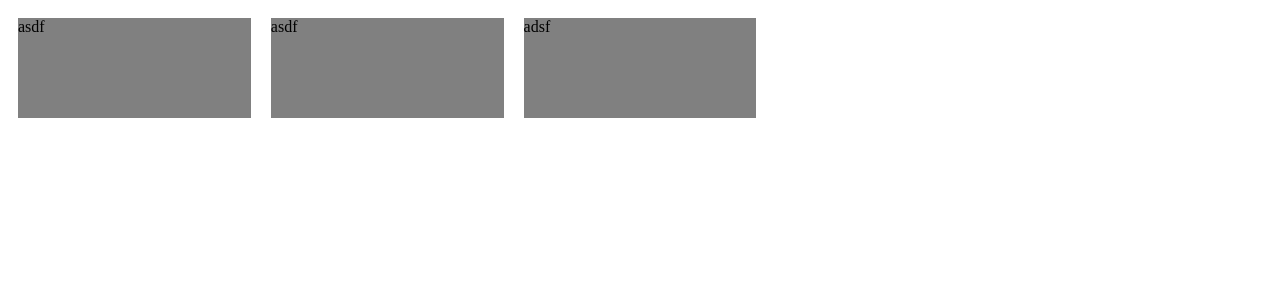
Repository: ervinne13/gg-basic-web-frontend-development
Page: modules/css/long-samples/grid-system-1.html
An editor plug-in stored every save of this project. The page is shown before and after the next save, followed by the edit.
The browser window is 1280 px wide. The pictures show the whole page.

Above is the page before, as saved 2019-07-04 17:43:43.

After the next save:
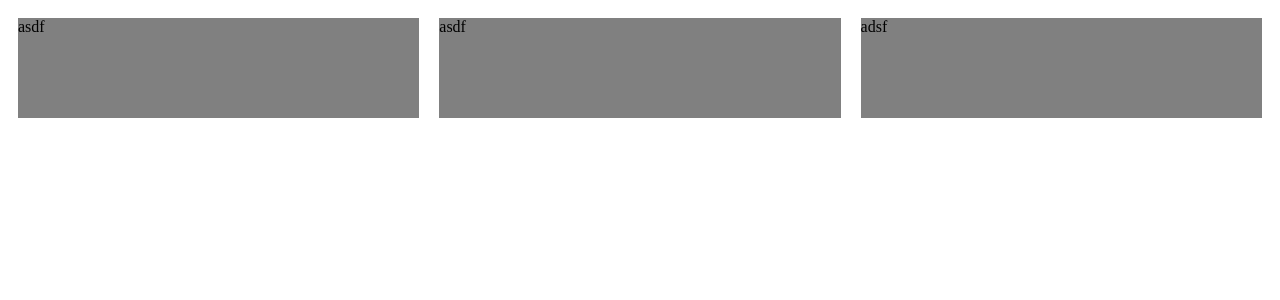
Saved 6 s later.
--- a/modules/css/long-samples/grid-system-1.html
+++ b/modules/css/long-samples/grid-system-1.html
@@ -14,7 +14,7 @@
 
             .container .row .col {
                 height: 550px;
-                flex-basis: 20%;
+                flex-basis: 33.33%;
                 width: 259px;
                 position: relative;
                 padding: 10px;
